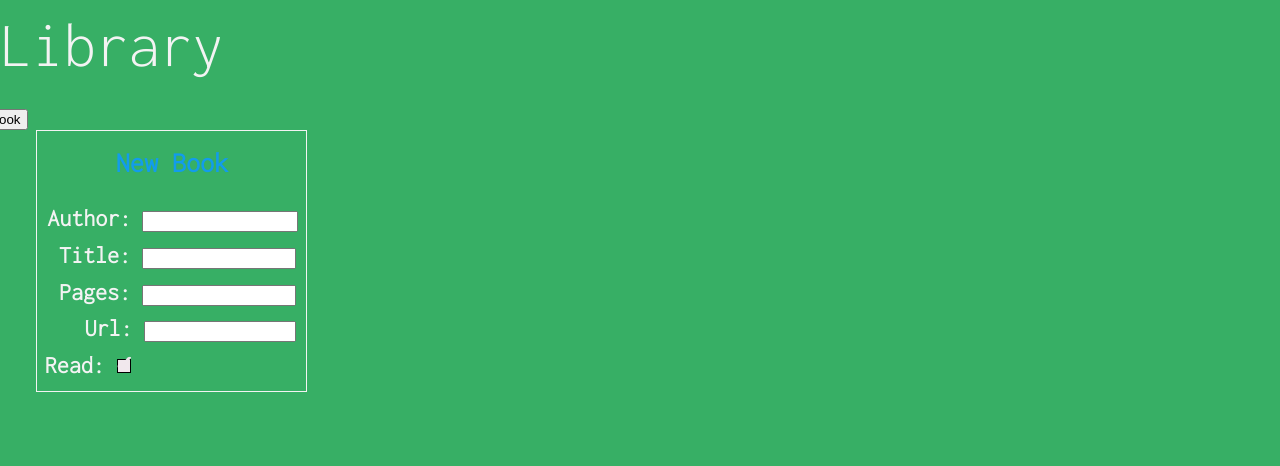
Repository: 0101chaitanya/Library
Page: index.html
An editor plug-in stored every save of this project. The page is shown before and after the next save, followed by the edit.
The browser window is 1280 px wide. The pictures show the whole page.

Above is the page before, as saved 2021-06-03 17:33:12.

After the next save:
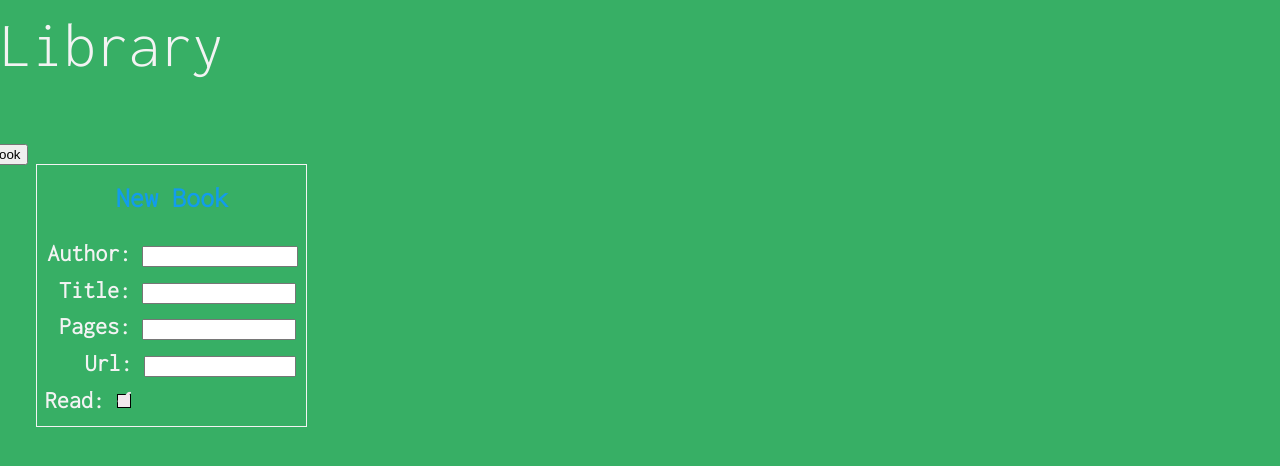
Saved 6 s later.
--- a/styles.css
+++ b/styles.css
@@ -33,7 +33,6 @@
       font-weight: 400;
       font-size: 4rem;
       margin-top: 0rem;
-      margin-bottom: 0.5rem
   }
   /*
   @media (max-width: 400px) {
